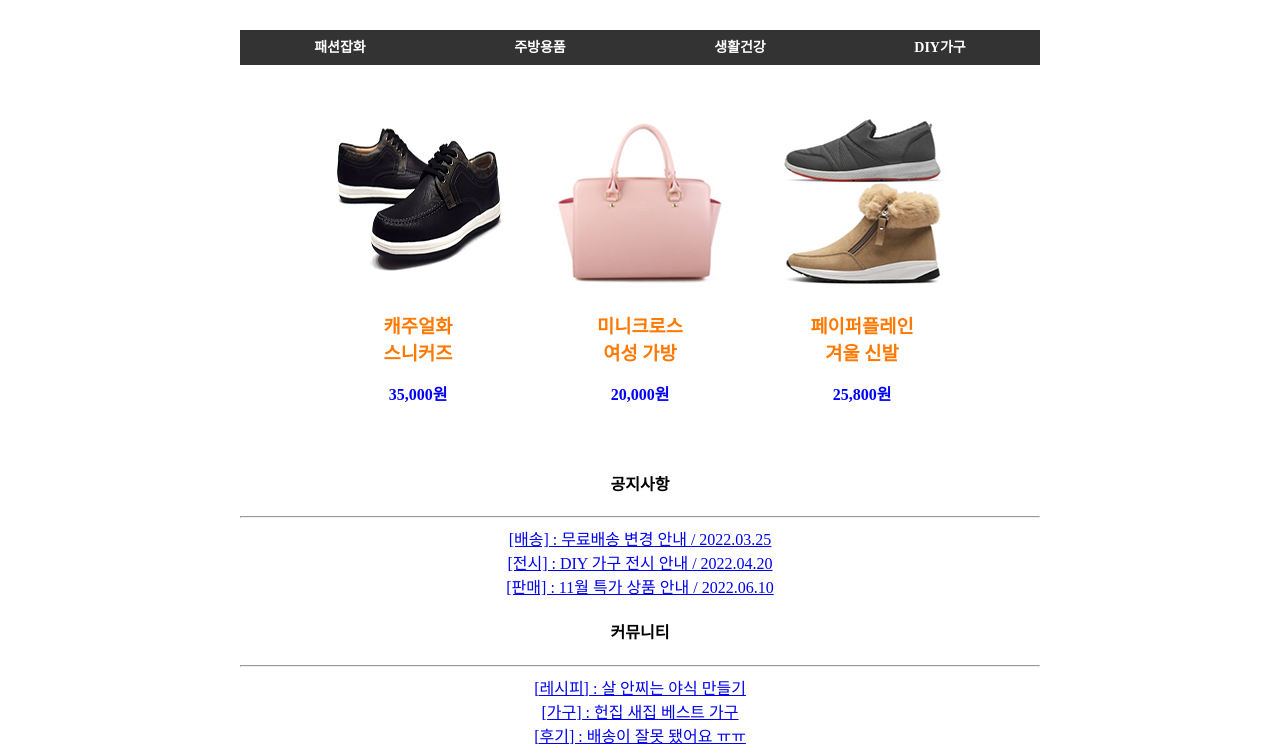
Repository: dudadab/Hhyundaiezwel_Academy
Page: CSS01/src/main/webapp/cssEx.html
An editor plug-in stored every save of this project. The page is shown before and after the next save, followed by the edit.
The browser window is 1280 px wide. The pictures show the whole page.

Above is the page before, as saved 2025-07-02 08:15:52.

### CSS01/src/main/webapp/cssEx.html
<!DOCTYPE html>
<html>
	<head>
		<meta charset="UTF-8">
		<title>CSS 종합 연습문제</title>
		<link rel="stylesheet" type="text/css" href="cssEX.css">
	</head>
	<body>
		<div id="wrap">
			<div id="mainMenuBox">
				<ul id="menuItem">
					<li><a href="#">패션잡화</a></li>
					<li><a href="#">주방용품</a></li>
					<li><a href="#">생활건강</a></li>
					<li><a href="#">DIY가구</a></li>
				</ul>
			</div>
			<div id="productBox">
				<div>
					<img src="image/image/fashion1.png">
					<h3 class="prdTitle">캐주얼화<br>스니커즈</h3>
					<p class="prdPrice">35,000원</p>
				</div>
				<div>
					<img src="image/image/fashion2.png">
					<h3 class="prdTitle">미니크로스<br>여성 가방</h3>
					<p class="prdPrice">20,000원</p>
				</div>
				<div>
					<img src="image/image/fashion3.png">
					<h3 class="prdTitle">페이퍼플레인<br>겨울 신발</h3>
					<p class="prdPrice">25,800원</p>
				</div>
			</div>
			<div id="infoBox">
				<div class="box">
					<h4>공지사항</h4>
					<hr>
					<a href="#">[배송] : 무료배송 변경 안내 / 2022.03.25</a><br>
					<a href="#">[전시] : DIY 가구 전시 안내 / 2022.04.20</a><br>
					<a href="#">[판매] : 11월 특가 상품 안내 / 2022.06.10</a><br>
				</div>
				<div class="box">
					<h4>커뮤니티</h4>
					<hr>
					<a href="#">[레시피] : 살 안찌는 야식 만들기</a><br>
					<a href="#">[가구] : 헌집 새집 베스트 가구</a><br>
					<a href="#">[후기] : 배송이 잘못 됐어요 ㅠㅠ</a><br>
				</div>
			</div>
		</div>
	</body>
</html>

### CSS01/src/main/webapp/cssEX.css
@charset "UTF-8";

/*전체 컨텐츠를 담고 있는 div 태그*/
#wrap{
	margin:0 auto;/*가운데 정렬*/
	width:800px; /*가운데 정렬하기 위해서는 width 값이 있어야 함*/
	text-align:center;

}

#mainMenuBox{
	height:35px;
	line-height:35px; /*줄간격 - 수직 가운데 정렬 효과*/
	background-color:#333;
	margin-top:	30px;
	margin-bottom:30px;

}

#mainMenuBox ul {
	padding-left:0;
	margin:0;
	list-style:none;/*type 없음*/

}

#mainMenuBox li{
	float:left;
	width:25%;
	text-align:center;
}

#mainMenuBox a{
	text-decoration:none; /*a 태그의 밑줄 없애기*/
	color:white;
	display:block; /*a 태그는 inline 속성 -> block으로 속성 변경 시 마우스 반응 영역이 상위 태그에 준해서 확장됨*/
	font-size:14px;
	font-weight:bold;
}

#mainMenuBox a:hover {/*각 메뉴 항목에 마우스 올릴 시 */
	color:red;
	text-decoration:underline;
	background-color:black;

}

#productBox {
	margin-bottom:30px;

}

#productBox div {
	display:inline-block;
	margin:20px;
}

#productBox div > h3.prdTitle {
	margin-bottom:5px;
	color:#ff7800;
	font-weight:bold;
}

#productBox div > p.prdPrice {
	color:blue;
	font-weight:bold;
}

After the next save:
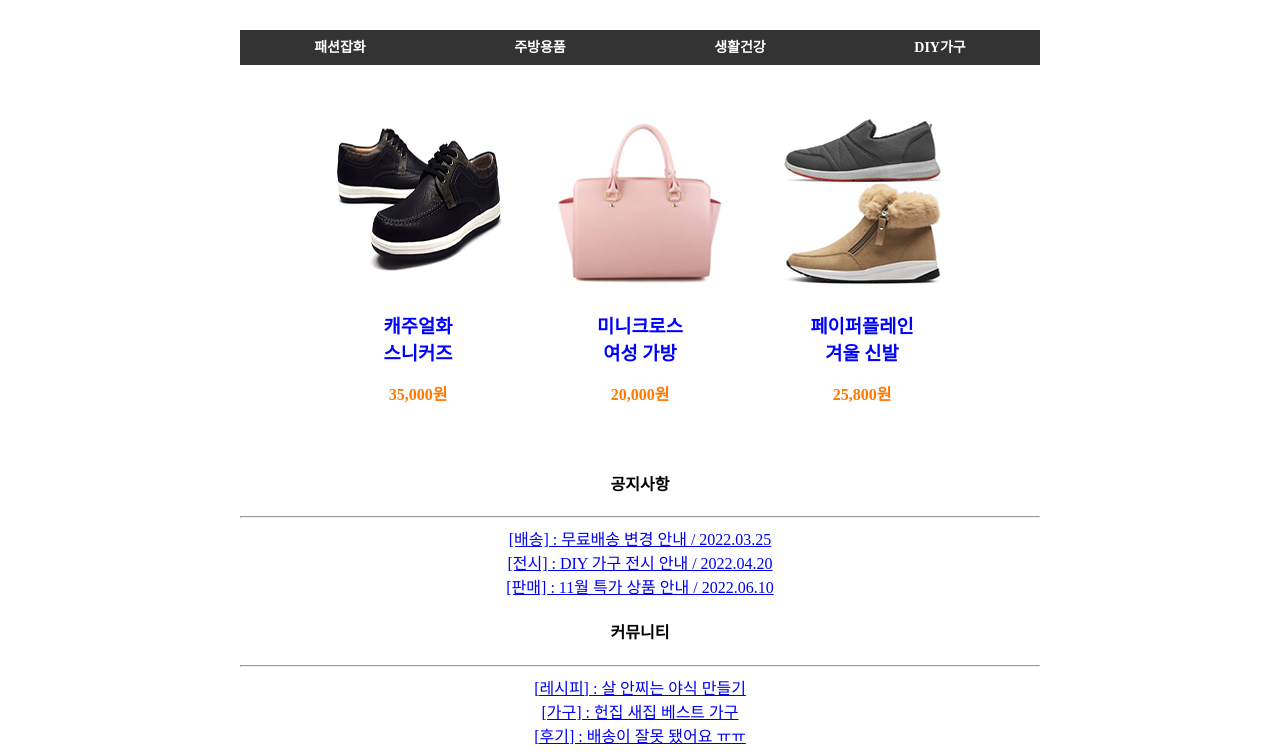
Saved 63 s later.
--- a/CSS01/src/main/webapp/cssEX.css
+++ b/CSS01/src/main/webapp/cssEX.css
@@ -57,11 +57,11 @@
 
 #productBox div > h3.prdTitle {
 	margin-bottom:5px;
-	color:#ff7800;
+	color:blue;
 	font-weight:bold;
 }
 
 #productBox div > p.prdPrice {
-	color:blue;
+	color:#ff7800;
 	font-weight:bold;
 }
